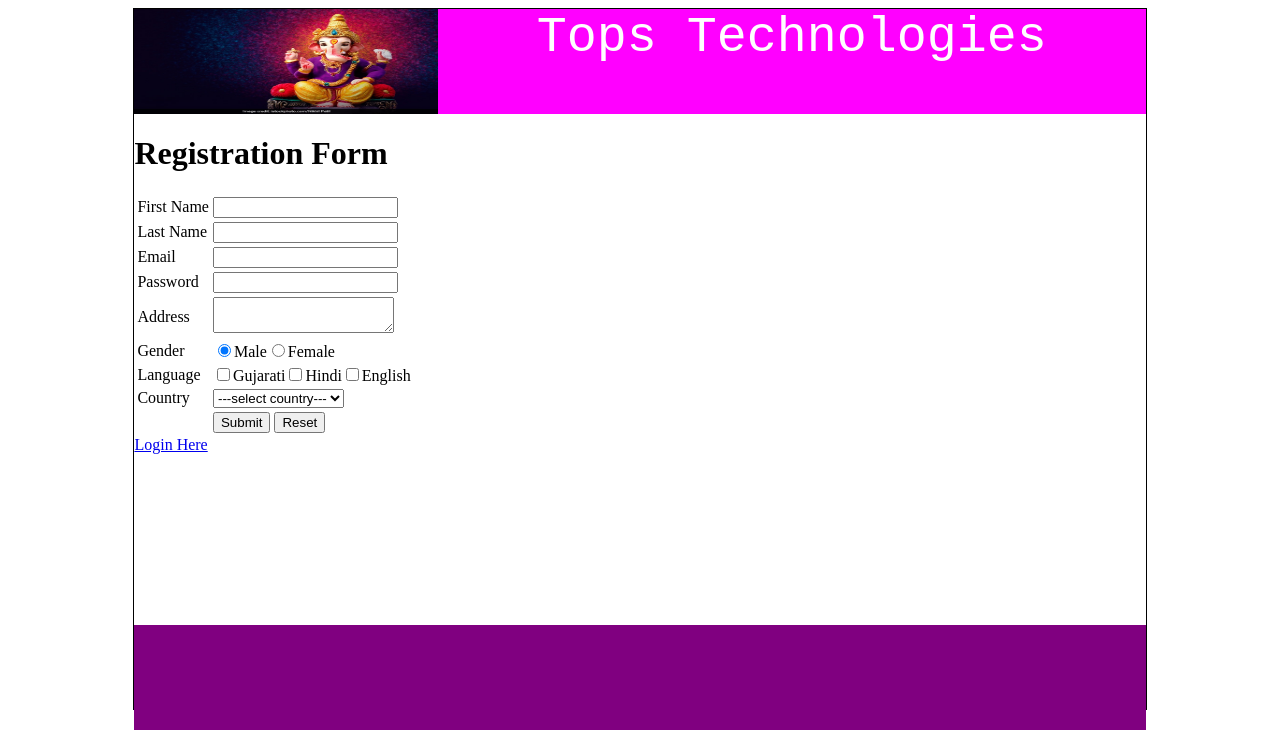
Repository: Laxman877/MyWorkspace
Page: Corejava/Learning_Web/src/main/webapp/division.html
These files come from the project's save history. The page is drawn as it stood at one moment and after the next save; the edit follows.
The browser window is 1280 px wide. The pictures show the whole page.

Above is the page before, as saved 2022-04-27 05:41:41.

### Corejava/Learning_Web/src/main/webapp/division.html
<!DOCTYPE html>
<html>
<head>
<meta charset="ISO-8859-1">
<title>Learn Div</title>
<link href="css/style1.css" rel="stylesheet">
</head>
<body>
<div id="container">
<div id="header">
<div id="logo">
<img alt="" src="image/ganpati bappa.jpg" height="100%" width="100%">
</div>
<div id="title">Tops Technologies</div>
</div>
<div id="main">
<h1>Registration Form</h1>
<form action="success.html" method="post">
<table>

<tr>
<td><label>First Name</label></td>
<td><input type="text" name="fname" class="textfield"></td>
</tr>

<tr>
<td><label>Last Name</label></td>
<td><input type="text" name="lname" class="textfield"></td>
</tr>

<tr>
<td><label>Email</label></td>
<td><input type="text" name="email" class="textfield"></td>
</tr>

<tr>
<td><label>Password</label></td>
<td><input type="text" name="pass" class="textfield"></td>
</tr>

<tr>
<td><label>Address</label></td>
<td><textarea rows="2" cols="20" name="adr" class="textfield"></textarea></td>
</tr>

<tr>
<td><label>Gender</label></td>
<td><input type="radio" name="gender" checked="checked">Male<input type="radio" name="gender">Female</td>
</tr>

<tr>
<td><label>Language</label></td>
<td><input type="checkbox">Gujarati<input type="checkbox">Hindi<input type="checkbox">English</td>
</tr>

<tr>
<td><label>Country</label></td>
<td><select class="textfield"><option>---select country---</option>
<option>India</option>
<option>USA</option>
<option>UK</option>
</select></td>
</tr>

<tr>
<td></td>
<td><input type="submit" class="btn btn-smt">
<input type="reset" class="btn btn-rst"></td>
</tr>

</table>

<a href="Home.html">Login Here</a>
</form>
</div>
<div id="footer"></div>
</div>
</body>
</html>

### Corejava/Learning_Web/src/main/webapp/css/style1.css
@charset "ISO-8859-1";

#container
{
	width: 80%;
	height: 700px;
	border: 1px	solid black;
	margin: auto;
}
#header
{
	height: 15%;
	background-color: purple;
}
#logo
{
	width: 30%;
	background-color: lime;
	height: 100%;
	float: left;
}
#title
{
	width: 70%;
	background-color: fuchsia;
	height: 100%;
	float: right;
	font-size: 50px;
	text-align: center;
	color: white;
	font-family: monospace;
}
#main
{
	height: 70%;
}
#footer
{
	height: 15%;
	background-color: purple;
}

After the next save:
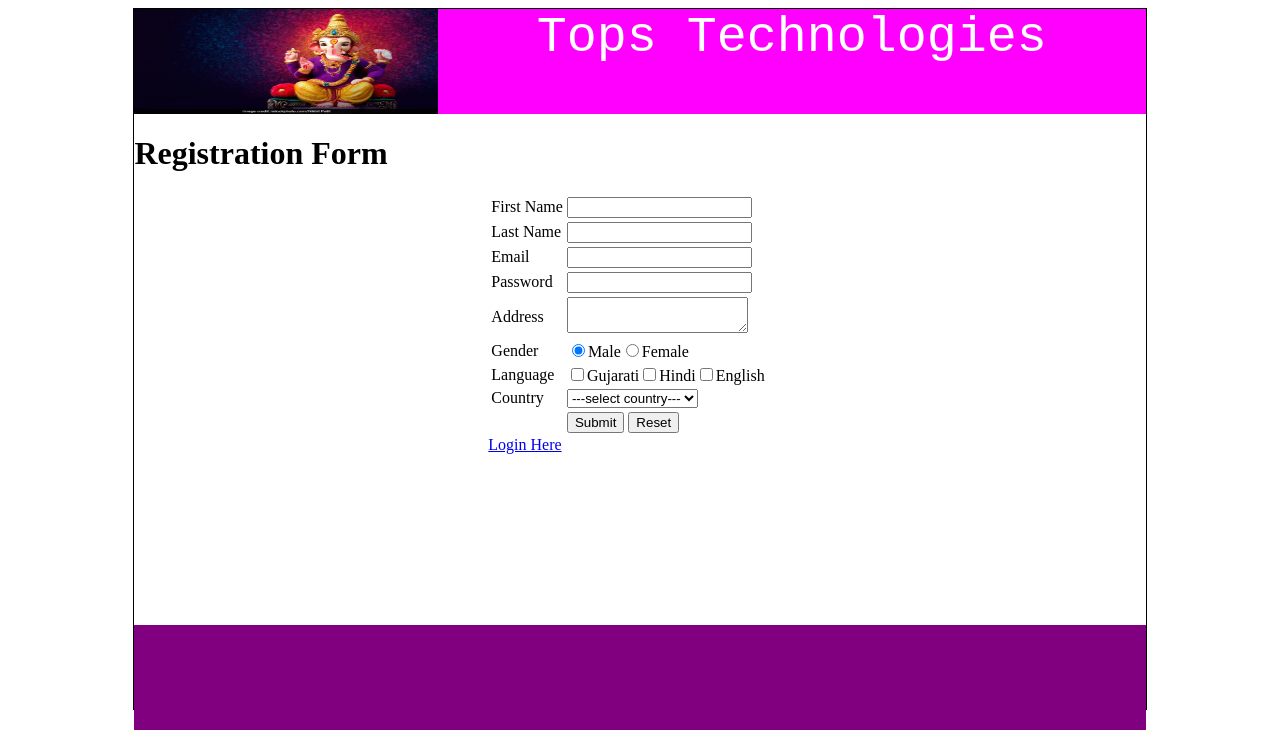
Saved 54 s later.
--- a/Corejava/Learning_Web/src/main/webapp/css/style1.css
+++ b/Corejava/Learning_Web/src/main/webapp/css/style1.css
@@ -39,3 +39,8 @@
 	height: 15%;
 	background-color: purple;
 }
+form
+{
+	width: 30%;
+	margin: auto;
+}
